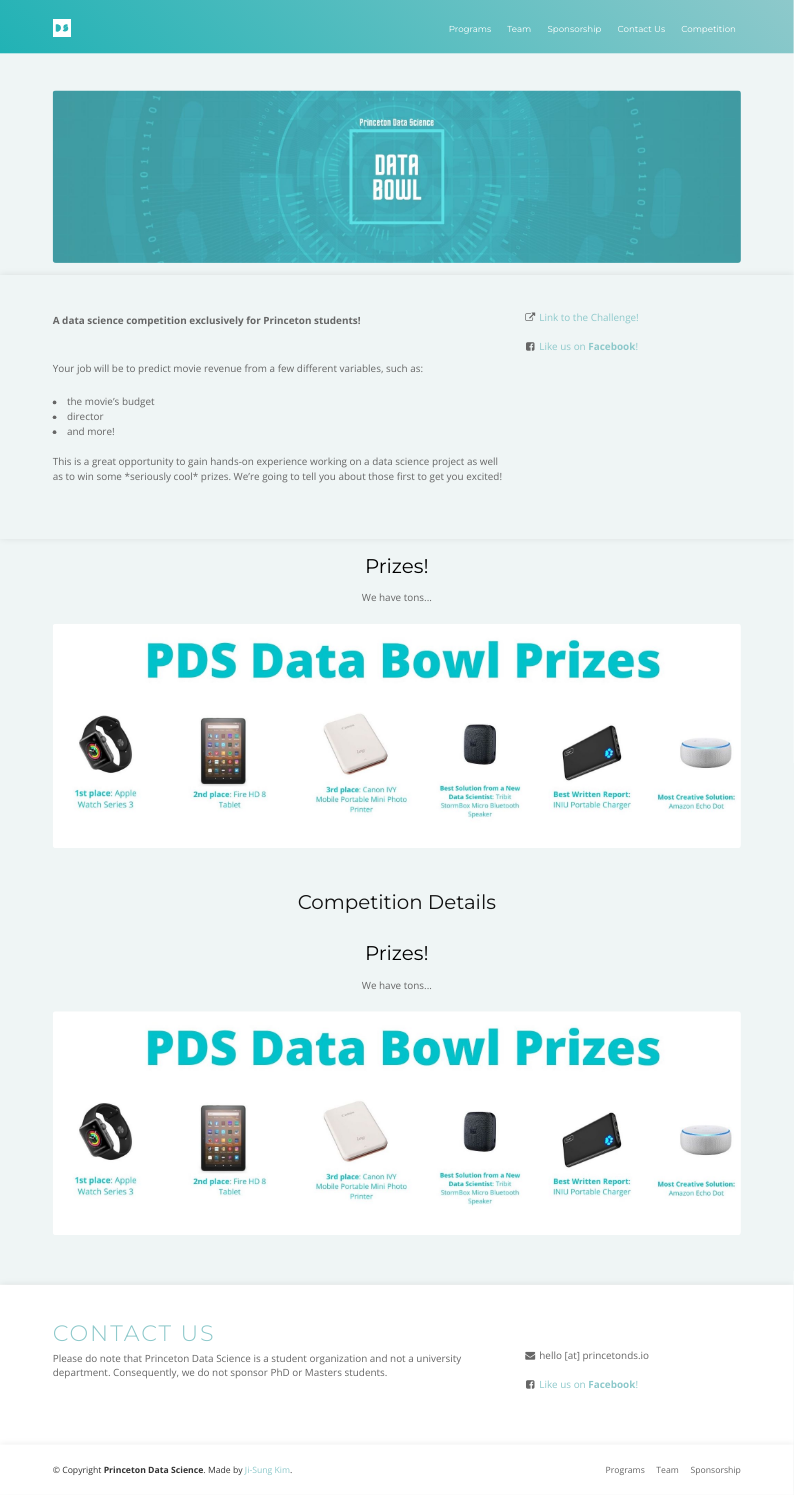
Repository: princetonds/princetonds.github.io
Page: team2.html
These files come from the project's save history. The page is drawn as it stood at one moment and after a run of saves; the edit follows.
The browser window is 1280 px wide. The pictures show the whole page, at 62% of full size.

Above is the page before, as saved 2021-03-20 22:40:31.
Console error: TypeError: Cannot read properties of null (reading 'innerHTML')

### team2.html
<!DOCTYPE html>
<html lang="en">
<head>
  <meta charset="utf-8">
  <title>Princeton Data Science (PDS)</title>
  <meta content="width=device-width, initial-scale=1.0" name="viewport">
  <meta content="" name="keywords">
  <meta content="" name="description">

  <!-- Favicons (created with http://realfavicongenerator.net/)-->
  <link rel="apple-touch-icon" sizes="180x180" href="/img/favicons/apple-touch-icon.png">
  <link rel="icon" type="image/png" href="/img/favicons/favicon-32x32.png" sizes="32x32">
  <link rel="icon" type="image/png" href="/img/favicons/favicon-16x16.png" sizes="16x16">
  <link rel="manifest" href="/img/favicons/manifest.json">
  <link rel="mask-icon" href="/img/favicons/safari-pinned-tab.svg" color="#49acad">
  <link rel="shortcut icon" href="/img/favicons/favicon.ico">
  <meta name="msapplication-config" content="/img/favicons/browserconfig.xml">
  <meta name="theme-color" content="#ffffff">

  <!-- Facebook Graph tags -->
  <meta property="og:url" content="https://princetonds.io" />
  <meta property="og:site_name" content="princetonds.io" />
  <meta property="og:title" content="Princeton Data Science (PDS)" />
  <meta name="og:description" content="Princeton Data Science (PDS) was founded in 2014-2015 to promote the practice and study of data science, a growing field that spans many disciplines such as statistics, machine learning, computer science, and business analytics." />
  <meta property="og:image" content="https://princetonds.io/img/500px_square_logo.png" />

  <!-- Google Fonts -->
  <link href="https://fonts.googleapis.com/css?family=Montserrat:300,400,500,700|Open+Sans:300,400,700" rel="stylesheet">

  <!-- Bootstrap CSS File -->
  <link href="lib/bootstrap/css/bootstrap.min.css" rel="stylesheet">

  <!-- Libraries CSS Files -->
  <link href="lib/animate/animate.min.css" rel="stylesheet">
  <link href="lib/font-awesome/css/font-awesome.min.css" rel="stylesheet">
  <link href="lib/magnific-popup/magnific-popup.css" rel="stylesheet">

  <!-- Main Stylesheet File -->
  <link href="css/style.css" rel="stylesheet">
  <link href="css/new.css" rel="stylesheet">
</head>

<body>

  <!--==========================
    Header
  ============================-->
  <header id="header">
    <div class="container">

      <div id="logo" class="pull-left">
        <h1><a href="#teamintro" class="scrollto"><img class="navbar-logo" src="img/inverted-logo.svg"></a></h1>
     </div>

      <nav id="nav-menu-container">
        <ul class="nav-menu">
          <li class="menu-active"><a href="https://princetonds.io">Programs</a></li>
          <li><a href="team.html">Team</a></li>
          <li><a href="media/sponsorship.pdf">Sponsorship</a></li>
          <li><a href="#contact">Contact Us</a></li>
          <li><a href="#team2.html">Competition</a></li>
        </ul>
      </nav><!-- #nav-menu-container -->
    </div>
  </header><!-- #header -->

  <!--==========================
    Intro Section
  ============================-->

  <!--==========================
    Intro Section
  ============================-->
  <section id="teamintro">
    <!-- <div class="team-intro-text">
      <h3>Our Team</h3>
    </div> -->
  </section>


  <!-- #intro -->


  <main id="main">


    <!--==========================
      Our Team Section
    ============================-->
    <section id="team" class="section-bg">
      <div class="container">
          <!-- <h3 class="section-title">Princeton Data Bowl</h3> -->
              <!-- <p style="text-align:center;">Enter team description here...</p> -->
              <div class="member3">
                <div class="pic"><img src="img/competition/logo.jpg" alt=""></div>
              </div>

          <!-- <span class="section-divider"></span> -->
        </div>
      </div>

    <!--==========================
      Contact Section
    ============================-->
    <section id="contact">
      <div class="container">

        <div class="row wow fadeInUp">
          <div class="col-lg-8 col-md-6">
            <p><strong>A data science competition exclusively for Princeton students!</strong></p>
            <br>
            <p>
               Your job will be to predict movie revenue from a few different variables, such as: </p>
              <li> the movie’s budget </li>
              <li> director </li>
              <li> and more! </li>
              <br>
              <p>   This is a great opportunity to gain hands-on experience working on a data science project as well as to win some *seriously cool* prizes. We’re going to tell you about those first to get you excited!</p>
          </div>
          <div class="col-lg-4 col-md-6 links">
            <p><i class="fa fa-external-link fa-fw"></i>   <a href="https://eval.ai/web/challenges/challenge-page/871/overview">Link to the Challenge!</a>
            </p>
            <p><i class="fa fa-facebook-square fa-fw"></i> <a href="https://www.facebook.com/princetonds" class="facebook">Like us on <strong>Facebook</strong>!</a></p>
          </div>
        </div>
      </div>
    </section><!-- #contact -->


    <div class="container">
      <div class="section-header">
        <!-- <h3 class="section-title">Princeton Data Bowl</h3> -->
            <br>
            <h2 style="text-align:center; color:black">Prizes!</h2>
            <p style="text-align:center;">We have tons...</p>
            <div class="member3">
              <div class="pic"><img src="img/competition/prizes.jpg" alt=""></div>
            </div>

        <!-- <span class="section-divider"></span> -->
      </div>
    </div>

<br>
<br>
    <div class="container">
      <div class="section-header">
        <h3 class="section-title">Competition Details</h3>
            <br>
            <h2 style="text-align:center; color:black">Prizes!</h2>
            <p style="text-align:center;">We have tons...</p>
            <div class="member3">
              <div class="pic"><img src="img/competition/prizes.jpg" alt=""></div>
            </div>

        <!-- <span class="section-divider"></span> -->
      </div>
    </div>



    </section><!-- #team -->

    <!--==========================
      Contact Section
    ============================-->
    <section id="contact">
      <div class="container">
        <div class="row wow fadeInUp">
          <div class="contact-about">
            <div class="col-lg-12 col-md-12">
              <h3>Contact Us</h3>
            </div>
          </div>
        </div>

        <div class="row wow fadeInUp">
          <div class="col-lg-8 col-md-6">
            <p>Please do note that Princeton Data Science is a student organization and not a university department. Consequently, we do not sponsor PhD or Masters students.</p>
          </div>
          <div class="col-lg-4 col-md-6 links">
            <p><i class="fa fa-envelope fa-fw"></i> hello [at] princetonds.io</p>
            <p><i class="fa fa-facebook-square fa-fw"></i> <a href="https://www.facebook.com/princetonds" class="facebook">Like us on <strong>Facebook</strong>!</a></p>
          </div>
        </div>
      </div>
    </section><!-- #contact -->

  </main>

  <!--==========================
    Footer
  ============================-->
  <footer id="footer">
    <div class="container">
      <div class="row">
        <div class="col-lg-6 text-lg-left text-center">
          <div class="copyright">
            &copy; Copyright <strong>Princeton Data Science</strong>. Made by <a href="https://jisungkim.com">Ji-Sung Kim</a>.
          </div>
          <div class="credits">
          </div>
        </div>
        <div class="col-lg-6">
          <nav class="footer-links text-lg-right text-center pt-2 pt-lg-0">
            <a href="#programs" class="scrollto">Programs</a>
            <a href="#team" class="scrollto">Team</a>
            <a href="media/sponsorship.pdf">Sponsorship</a>
          </nav>
        </div>
      </div>
    </div>
  </footer><!-- #footer -->

  <a href="#" class="back-to-top"><i class="fa fa-chevron-up"></i></a>

  <!-- JavaScript Libraries -->
  <script src="lib/jquery/jquery.min.js"></script>
  <script src="lib/jquery/jquery-migrate.min.js"></script>
  <script src="lib/bootstrap/js/bootstrap.bundle.min.js"></script>
  <script src="lib/easing/easing.min.js"></script>
  <script src="lib/wow/wow.min.js"></script>
  <script src="lib/superfish/hoverIntent.js"></script>
  <script src="lib/superfish/superfish.min.js"></script>
  <script src="lib/magnific-popup/magnific-popup.min.js"></script>

  <!-- Template Main Javascript File -->
  <script src="js/main.js"></script>
  <script src="js/typewriter.js"></script>

</body>
</html>

### css/new.css
.program {
    padding: 40px;
}

.program h3 {
    color: black;
    font-weight: 700;
    font-family: "Open Sans";
}

.section {
    padding-top: 100px;
}


#programs {
    padding: 60px 0;
}

#clients {
    padding: 60px 0;
}

.sponsor-title {
    padding-bottom: 15px;
}

.profile-description {
    font-size: 14px;
}

.arjun {
    font-size: 15px !important;
    line-height: 22px;
}

.links p {
    line-height: 12px;
}

.presidents {
    color: #999999;
    font-size: 16px;
}

Loaded but not shown: lib/bootstrap/css/bootstrap.min.css (library); lib/animate/animate.min.css (library); lib/font-awesome/css/font-awesome.min.css (library); lib/magnific-popup/magnific-popup.css (library); lib/jquery/jquery.min.js (library); lib/jquery/jquery-migrate.min.js (library); lib/bootstrap/js/bootstrap.bundle.min.js (library); lib/easing/easing.min.js (common file); lib/wow/wow.min.js (library); lib/superfish/hoverIntent.js (library); lib/superfish/superfish.min.js (library); lib/magnific-popup/magnific-popup.min.js (library); js/main.js (125 lines, source omitted); js/typewriter.js (28 lines, source omitted); css/style.css (1350 lines, source omitted)

After the next 2 saves:
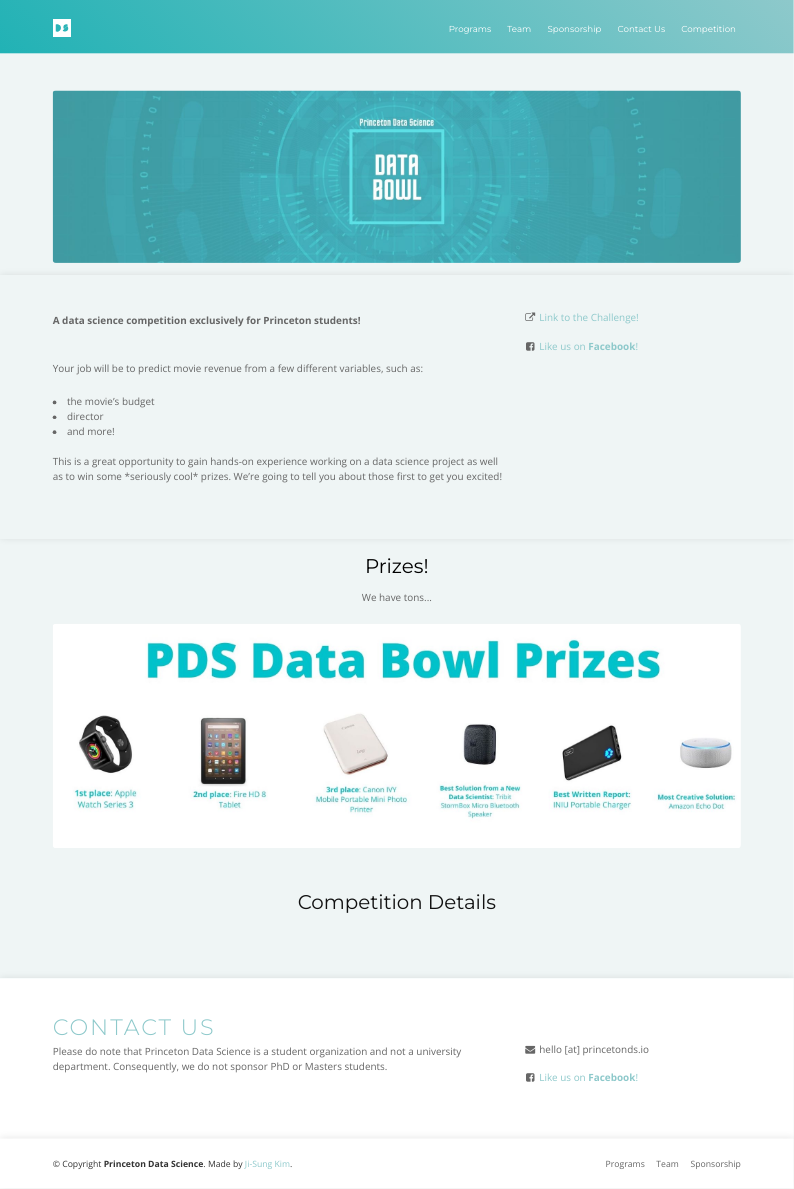
The 2 saves are shown as one change because they came seconds apart.
The last was saved 11 s later.
--- a/team2.html
+++ b/team2.html
@@ -147,12 +147,6 @@
       <div class="section-header">
         <h3 class="section-title">Competition Details</h3>
             <br>
-            <h2 style="text-align:center; color:black">Prizes!</h2>
-            <p style="text-align:center;">We have tons...</p>
-            <div class="member3">
-              <div class="pic"><img src="img/competition/prizes.jpg" alt=""></div>
-            </div>
-
         <!-- <span class="section-divider"></span> -->
       </div>
     </div>
